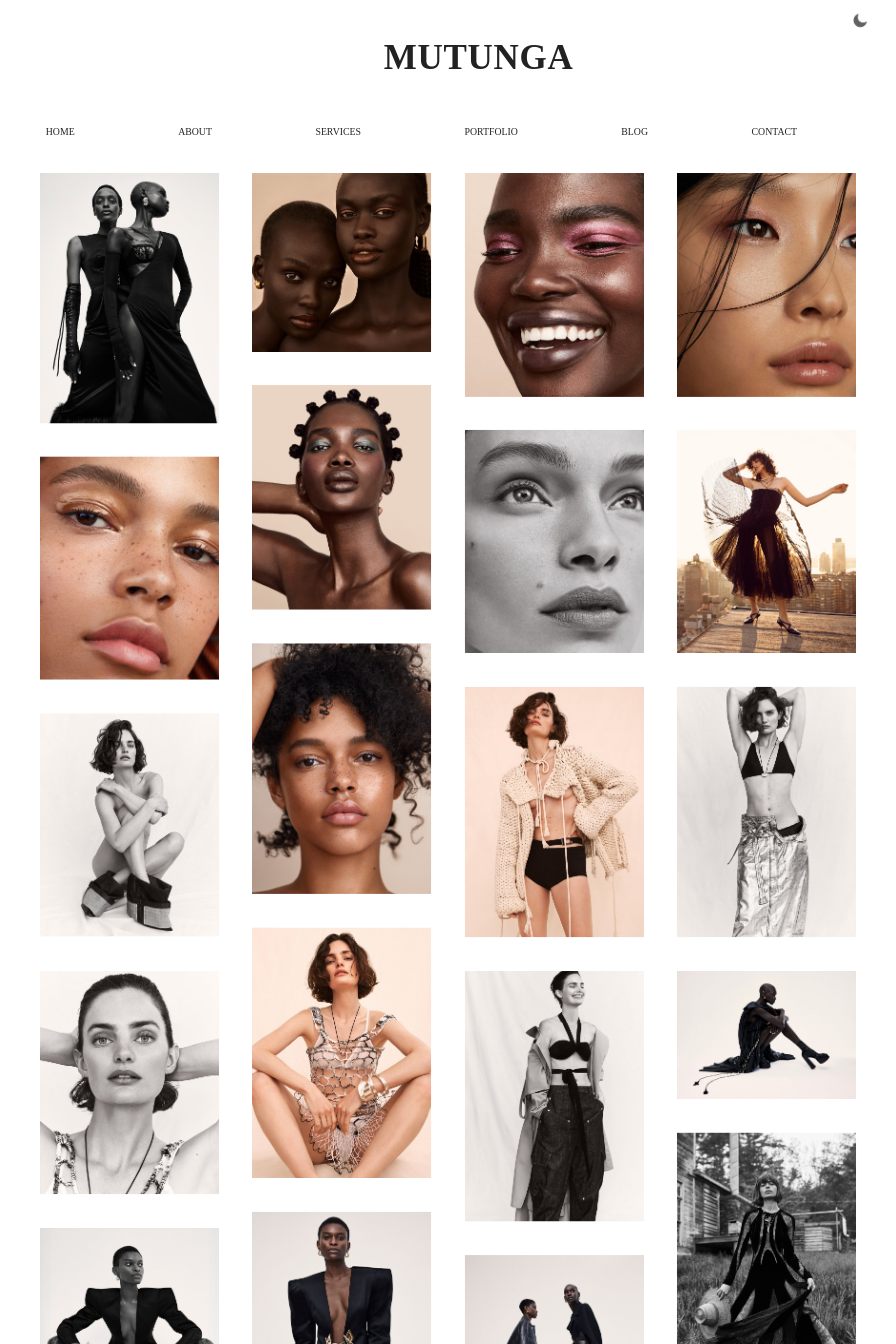
Repository: Jonar254/mutunga-concept-01
Page: index.html
An editor plug-in stored every save of this project. The page is shown before and after a run of saves, followed by the edit.
The browser window is 1280 px wide. The pictures show the part of the page from y = 0 to 1920 px (the page is 5146 px tall before and 5230 px after), at 70% of full size.
Some web fonts or font styles are not loaded; a fallback is used.

Above is the page before, as saved 2024-07-11 12:58:51.

After the next 2 saves:
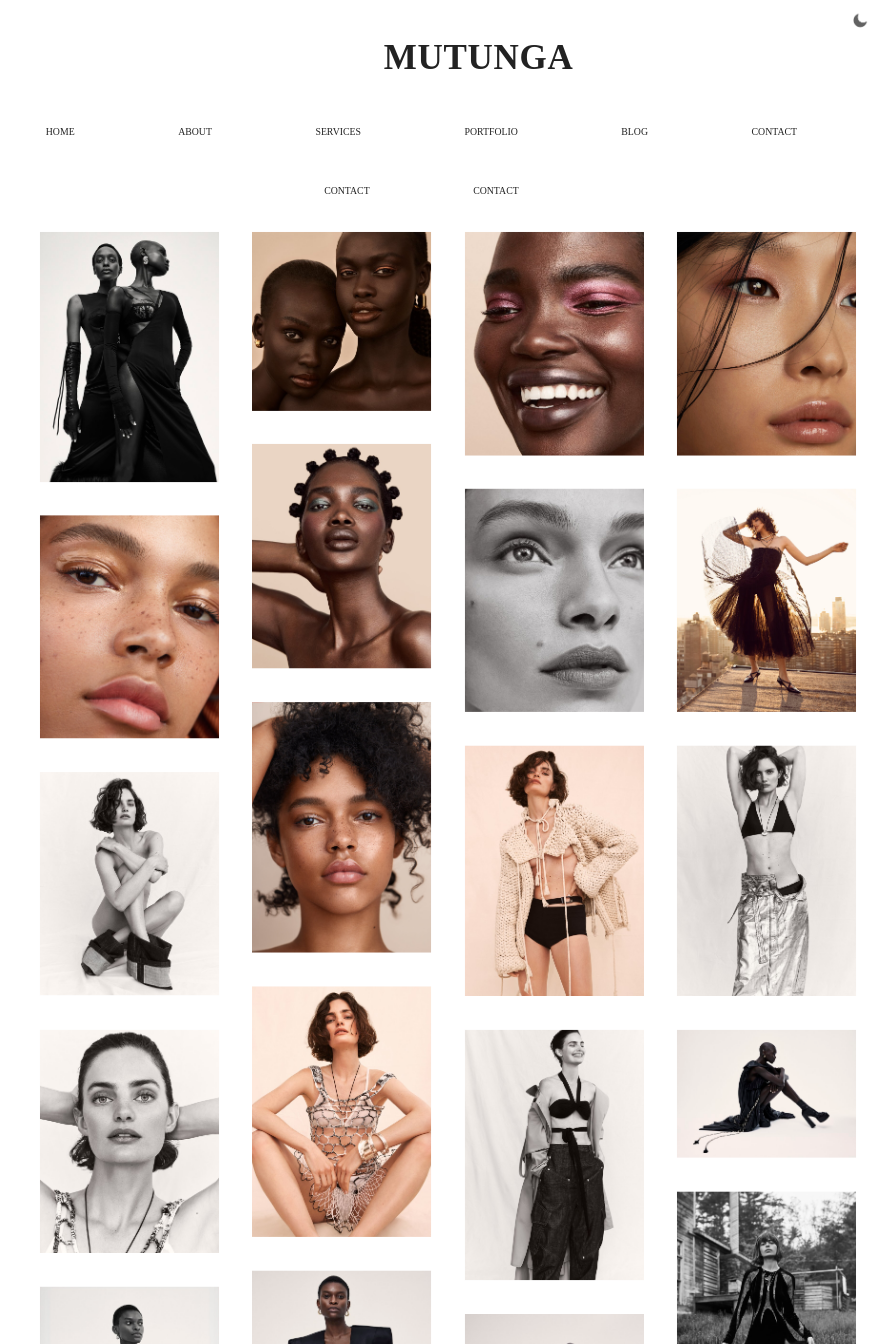
The 2 saves are shown as one change because they came seconds apart.
The last was saved 3 min 51 s later.
--- a/index.html
+++ b/index.html
@@ -79,6 +79,8 @@
                             <li class="nav-item"><a href="#" class="nav-link">Services</a></li>
                             <li class="nav-item"><a href="#" class="nav-link">Portfolio</a></li>
                             <li class="nav-item"><a href="#" class="nav-link">Blog</a></li>
+                            <li class="nav-item"><a href="#" class="nav-link">Contact</a></li>
+                            <li class="nav-item"><a href="#" class="nav-link">Contact</a></li>
                             <li class="nav-item"><a href="#" class="nav-link">Contact</a></li>
                         </ul>
                     </div>

After the 2 saves that followed:
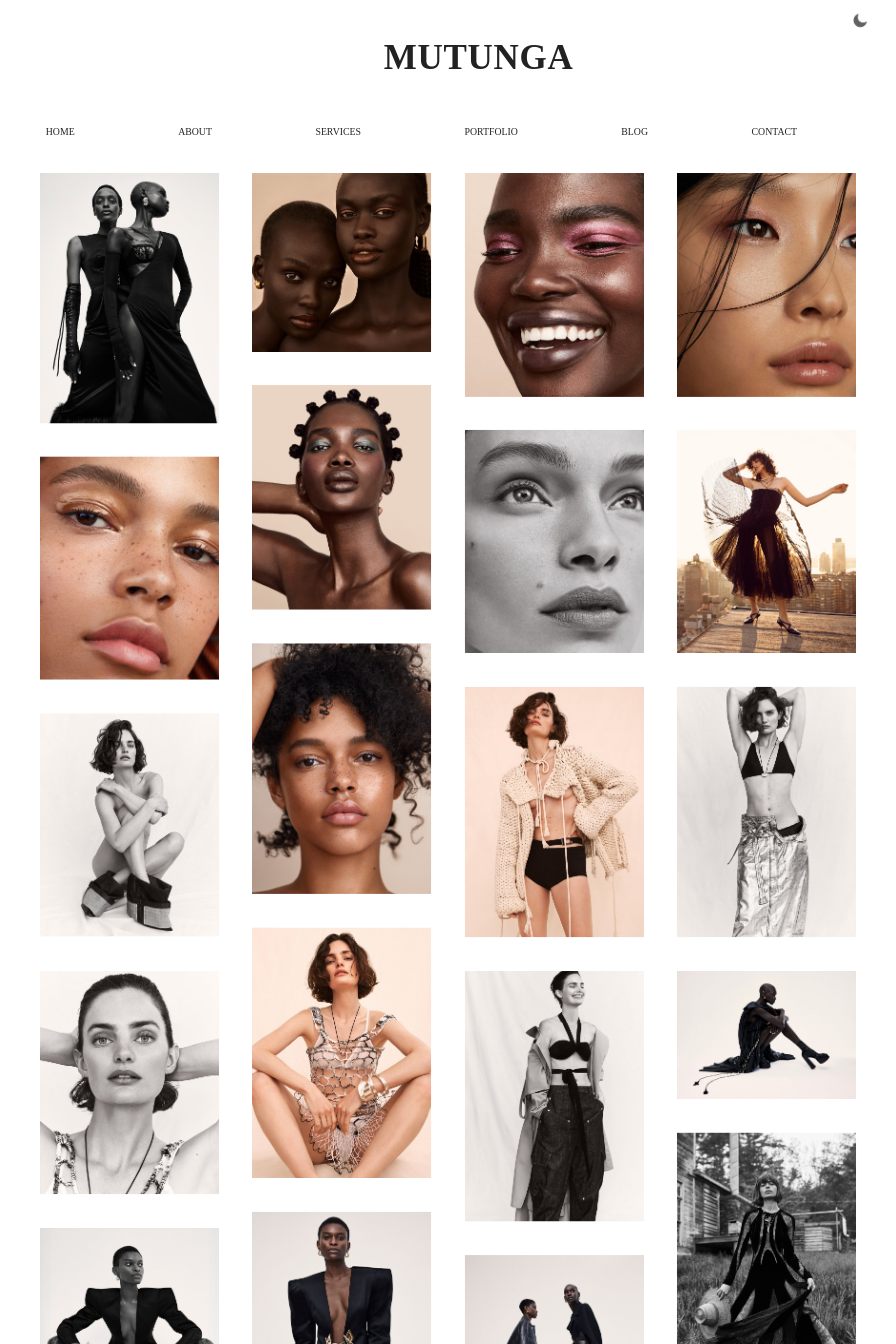
The 2 saves are shown as one change because they came seconds apart.
The last was saved 55 s later.
--- a/index.html
+++ b/index.html
@@ -79,8 +79,6 @@
                             <li class="nav-item"><a href="#" class="nav-link">Services</a></li>
                             <li class="nav-item"><a href="#" class="nav-link">Portfolio</a></li>
                             <li class="nav-item"><a href="#" class="nav-link">Blog</a></li>
-                            <li class="nav-item"><a href="#" class="nav-link">Contact</a></li>
-                            <li class="nav-item"><a href="#" class="nav-link">Contact</a></li>
                             <li class="nav-item"><a href="#" class="nav-link">Contact</a></li>
                         </ul>
                     </div>
